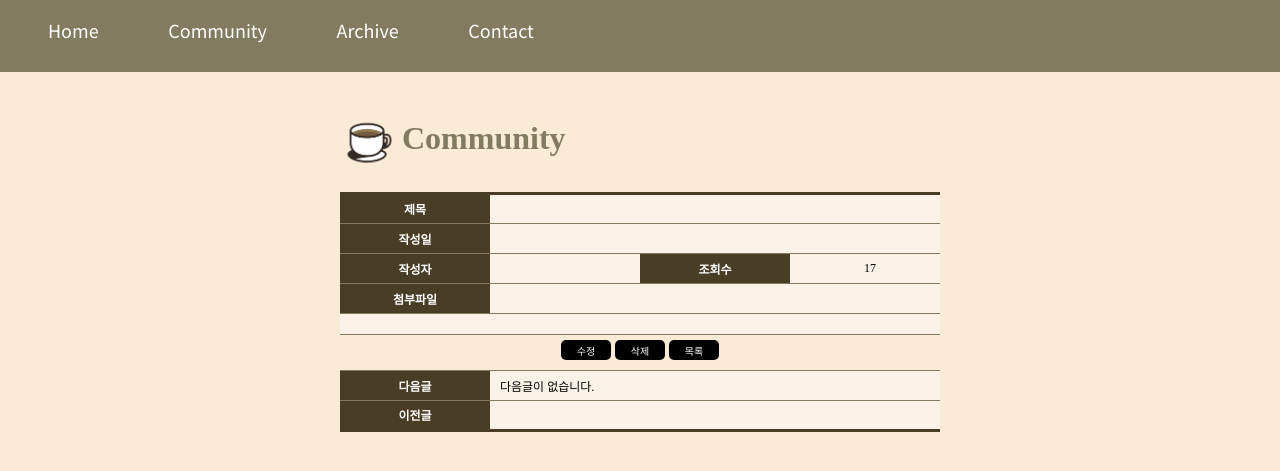
Repository: lym3074/Yongmin-s-Community
Page: http://localhost/YM_Community/WEB-INF/views/board/detail.jsp
These files come from the project's save history. The page is drawn as it stood at one moment and after the next save; the edit follows.
The browser window is 1280 px wide. The pictures show the whole page.
The page is served by Tomcat 9. Nobody is signed in. The template is opened directly, without the code that normally fills it, so the values that code supplies are empty.

Above is the page before, as saved 2021-01-04 02:39:25.

After the next save:
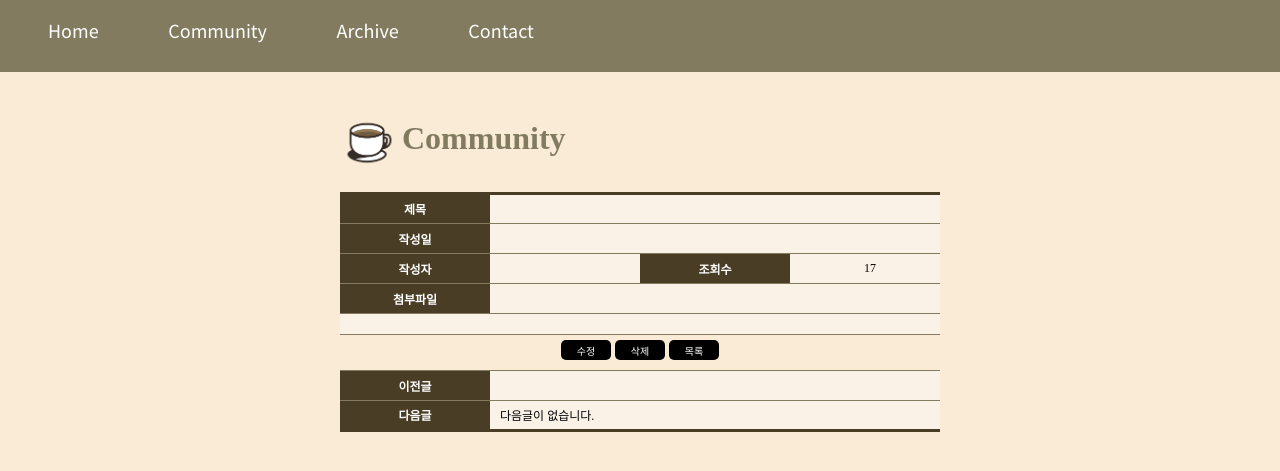
Saved 2 min 30 s later.
--- a/YM_Community/src/main/webapp/WEB-INF/views/board/detail.jsp
+++ b/YM_Community/src/main/webapp/WEB-INF/views/board/detail.jsp
@@ -116,14 +116,14 @@
                 <table class="pn-table">
                     <tbody>
                         <tr>
-                            <th>다음글</th>
-                            <td colspan="3">다음글이 없습니다.</td>
+                        	<th>이전글</th>
+                            <td colspan="3"><a href="/board/detail?bno=${getPrev}"><c:out value="${getPrev}" /></a></td>
+
                         </tr>
 
                         <tr>
-                            <th>이전글</th>
-                            <td colspan="3"><a href="/board/detail?bno=${getPrev}"><c:out value="${getPrev}" /></a></td>
-                        </tr>
+                            <th>다음글</th>
+                            <td colspan="3">다음글이 없습니다.</td>
                     </tbody>
                 </table>
             </div>
